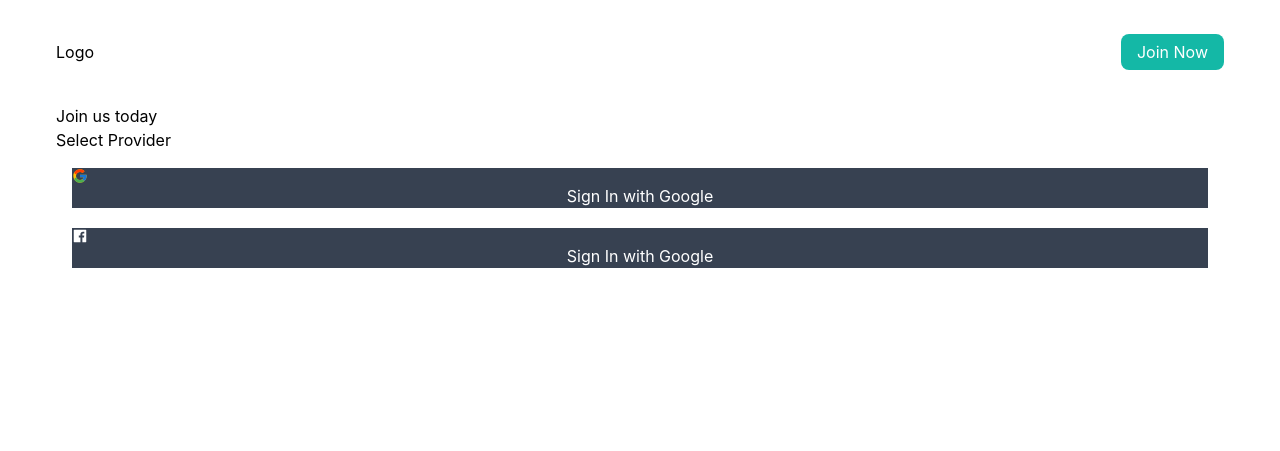
Repository: arafatmollah/auth-app
Page: /auth/login
These files come from the project's save history. The page is drawn as it stood at one moment and after the next save; the edit follows.
The browser window is 1280 px wide. The pictures show the whole page.
The project was rebuilt for these pictures with package versions that can differ from the ones it lists, and the page was loaded fresh each time. The framework's server and built-in components were replaced by stand-ins that run in the browser. Also part of the build but not shown: next.config.js.

Above is the page before, as saved 2022-10-03 21:09:49.

### pages/_app.js
import '../styles/globals.css'
import Layout from '../components/Layout'

function MyApp({ Component, pageProps }) {
 return(
  <Layout>
  <Component {...pageProps} />
 </Layout>
 )
}

export default MyApp

### pages/auth/login.js
import React from 'react'
import {FcGoogle} from 'react-icons/fc'
import {AiFillFacebook} from 'react-icons/ai'

export default function () {
  return (
    <div>
        <h2>Join us today</h2>
        <div>
            <p>Select Provider</p>
            <div className='flex p-4 flex-col w-'>
                <button className='bg-gray-700 text-white align-middle'>
                    <FcGoogle></FcGoogle>
                    Sign In with Google</button>
                <button className='bg-gray-700 text-white mt-5 align-middle'>
                    <AiFillFacebook></AiFillFacebook>
                    Sign In with Google</button>
            </div>
        </div>
    </div>
  )
}

### components/Layout.js
import React from 'react'
import Nav from './Nav'

export default function Layout({children}) {
  return (
    <div className='mx-14'>
       <Nav></Nav>
        <main>
        {children}
        </main>
        </div>
  )
}

### components/Nav.js
import React from 'react'
import Link from 'next/link'

function Nav() {
  return (
    <div>
        <nav className='flex justify-between items-center py-10'>
        <Link href="/">Logo</Link>
        <ul>
            <Link href="/auth">
            <a className='py-2 px-4 bg-teal-500 my-5 rounded-lg text-white'>Join Now</a>
            </Link>
        </ul>
        </nav>
    </div>
  )
}

export default Nav

Loaded but not shown: styles/globals.css (common file); tailwind.config.js (common file)

After the next save:
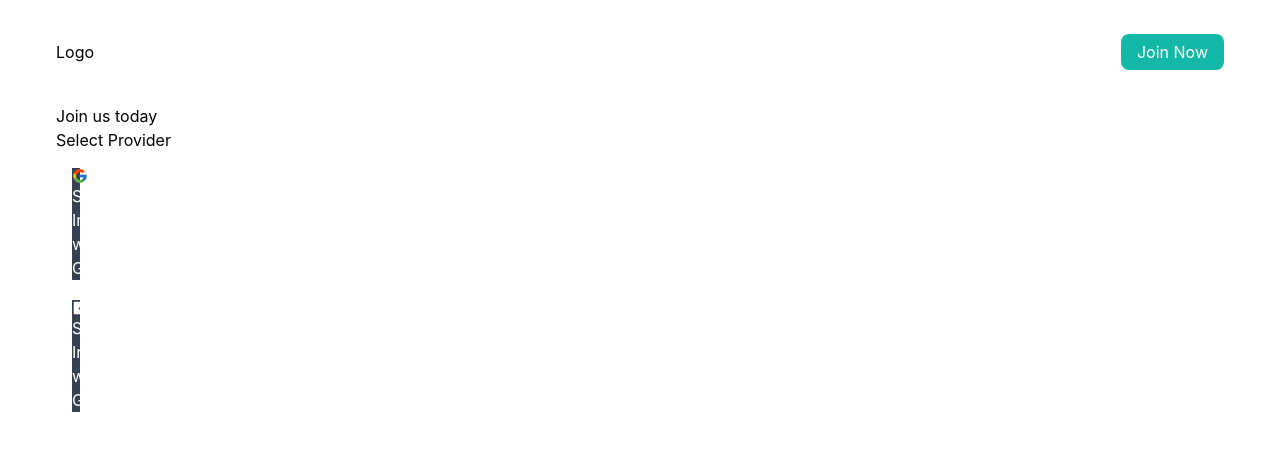
Saved 4 s later.
--- a/pages/auth/login.js
+++ b/pages/auth/login.js
@@ -8,7 +8,7 @@
         <h2>Join us today</h2>
         <div>
             <p>Select Provider</p>
-            <div className='flex p-4 flex-col w-'>
+            <div className='flex p-4 flex-col w-10'>
                 <button className='bg-gray-700 text-white align-middle'>
                     <FcGoogle></FcGoogle>
                     Sign In with Google</button>

After the save that followed:
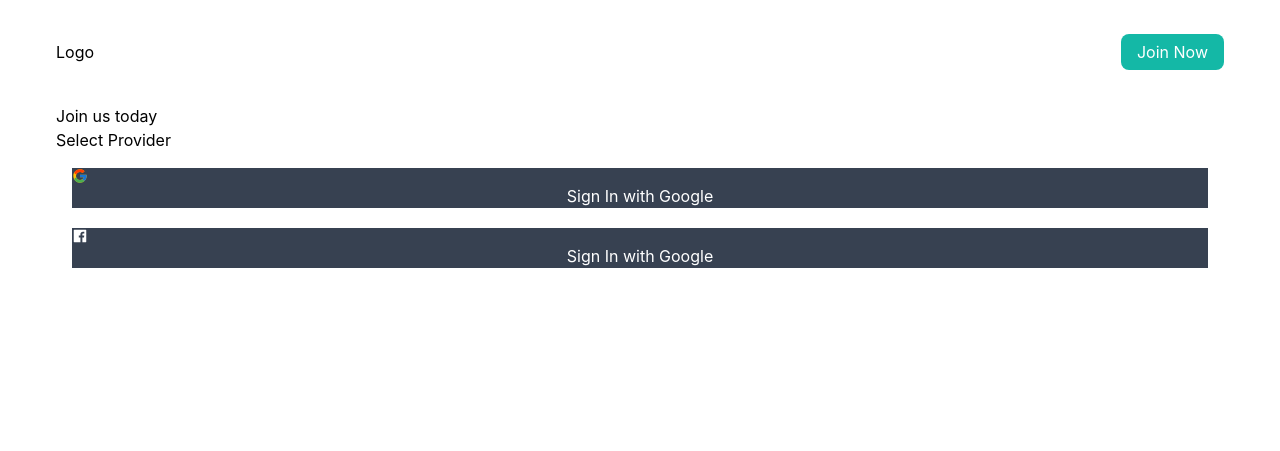
Saved 10 s later.
--- a/pages/auth/login.js
+++ b/pages/auth/login.js
@@ -8,7 +8,7 @@
         <h2>Join us today</h2>
         <div>
             <p>Select Provider</p>
-            <div className='flex p-4 flex-col w-10'>
+            <div className='flex p-4 flex-col w-100'>
                 <button className='bg-gray-700 text-white align-middle'>
                     <FcGoogle></FcGoogle>
                     Sign In with Google</button>
